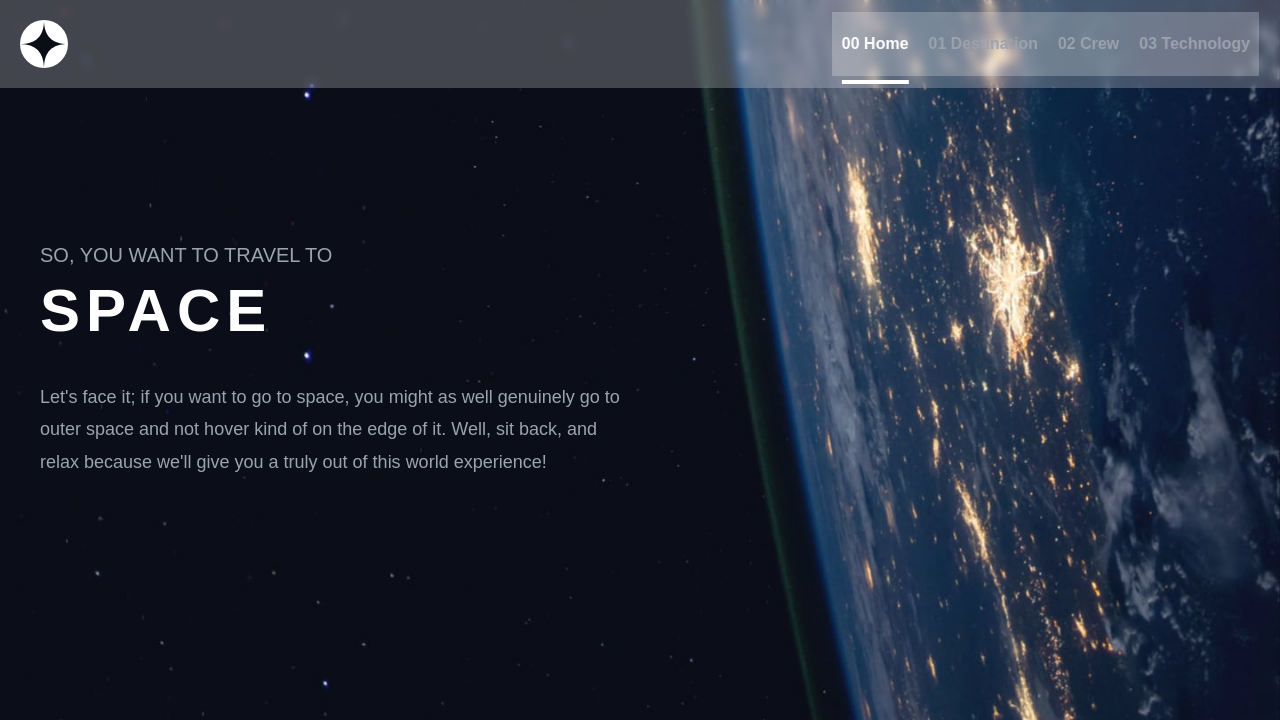
Repository: OmniaRafat232111121/Space-Toursim
Page: /
An editor plug-in stored every save of this project. The page is shown before and after a run of saves, followed by the edit.
The browser window is 1280 px wide. The pictures show the whole page.
Some web fonts or font styles are not loaded; a fallback is used. The project was rebuilt for these pictures with package versions that can differ from the ones it lists, and the page was loaded fresh each time. Also part of the build but not shown: src/components/Destination.js, src/components/Crew.js, src/components/Technology.js, src/components/Error.js.

Above is the page before, as saved 2022-08-09 15:42:04.

### public/index.html
<!DOCTYPE html>
<html lang="en">
  <head>
    <meta charset="utf-8" />
    <link rel="icon" href="%PUBLIC_URL%/favicon-32x32.png" />
    <meta name="viewport" content="width=device-width, initial-scale=1" />
    <meta name="theme-color" content="#111827" />
    <meta name="description" content="Space Toursim Multi Page Website" />
    <link rel="apple-touch-icon" href="%PUBLIC_URL%/logo192.png" />
    <!--
      manifest.json provides metadata used when your web app is installed on a
      user's mobile device or desktop. See https://developers.google.com/web/fundamentals/web-app-manifest/
    -->
    <link rel="manifest" href="%PUBLIC_URL%/manifest.json" />
    <!--
      Notice the use of %PUBLIC_URL% in the tags above.
      It will be replaced with the URL of the `public` folder during the build.
      Only files inside the `public` folder can be referenced from the HTML.

      Unlike "/favicon.ico" or "favicon.ico", "%PUBLIC_URL%/favicon.ico" will
      work correctly both with client-side routing and a non-root public URL.
      Learn how to configure a non-root public URL by running `npm run build`.
    -->
    <link
      rel="stylesheet"
      href="https://cdnjs.cloudflare.com/ajax/libs/tailwindcss/2.2.17/tailwind.min.css"
      referrerpolicy="no-referrer"
    />
    <link rel="preconnect" href="https://fonts.googleapis.com" />
    <link rel="preconnect" href="https://fonts.gstatic.com" crossorigin />
    <link
      href="https://fonts.googleapis.com/css2?family=Mohave:wght@400&family=Zen+Antique&display=swap"
      rel="stylesheet"
    />
    <title>Space Tourism Multi Page Website</title>
  </head>
  <body>
    <noscript>You need to enable JavaScript to run this app.</noscript>
    <div id="root"></div>
    <!--
      This HTML file is a template.
      If you open it directly in the browser, you will see an empty page.

      You can add webfonts, meta tags, or analytics to this file.
      The build step will place the bundled scripts into the <body> tag.

      To begin the development, run `npm start` or `yarn start`.
      To create a production bundle, use `npm run build` or `yarn build`.
    -->
  </body>
</html>

### src/index.css
body {
  margin: 0;
  font-family: "Mohave", sans-serif;
  -webkit-font-smoothing: antialiased;
  -moz-osx-font-smoothing: grayscale;
}

h1,
h2 {
  font-family: "Zen Antique", sans-serif;
}

a {
  text-decoration: none;
}

img {
  max-width: 100%;
}

button,
img {
  user-select: none;
  -moz-user-select: none;
}

p {
  line-height: 1.8;
}

.gray {
  color: #7e7e7e;
}

.white {
  color: #ffffff;
}

.header {
  position: absolute;
  width: 100%;
  background-color: rgba(255, 255, 255, 0.233);
  backdrop-filter: blur(5px);
  --webkit-backdrop-fiter: blur(5px);
}

.header nav {
  display: none;
}

 .header nav.open {
  display: block;
}

.header nav ul {
  display: flex;
  flex-direction: column;
  align-items: center;
  justify-content: center;
  background-color: #111827;
  backdrop-filter: blur(10px);
  --webkit-backdrop-filter: blur(10px);
  width: calc(100vw - 50px);
  position: absolute;
  left: 50%;
  top: 100px;
  transform: translateX(-50%);
  z-index: 999;
}

 .header nav ul li {
  margin: 10px 0;
}

.menu {
  display: block;
}
.home {
  background: url("./starter-code/assets/home/background-home-mobile.jpg")
    no-repeat center/cover;
  height: calc(100vh - 1px);
}

.home .overlay {
  display: flex;
  flex-direction: column;
  align-items: center;
  justify-content: center;
  height: calc(100vh - 1px);
}

.destinations {
  background: url("./starter-code/assets/destination/background-destination-mobile.jpg")
    no-repeat center/cover;
  height: auto;
}

.crew {
  background: url("./starter-code/assets/crew/background-crew-mobile.jpg")
    no-repeat center/cover;
  height: auto;
}

.technology {
  background: url("./starter-code/assets/technology/background-technology-mobile.jpg")
    no-repeat center/cover;
  height: auto;
}
@media (min-width: 768px) {
  .menu {
    display: none;
  }

  .header nav {
    display: block;
  }

  .header nav ul {
    flex-direction: row;
    background-color: transparent;
    backdrop-filter: blur(0);
    --webkit-backdrop-filter: blur(0);
    position: relative;
    top: 0;
    right: 0;
    width: auto;
  }

  .header nav ul li {
    margin: 0 10px;
  }
}



@media (min-width: 768px) {
  .home {
    background: url("./starter-code/assets/home/background-home-tablet.jpg")
      no-repeat center/cover;
    height: calc(100vh - 1px);
  }

  .home .overlay {
    flex-direction: row;
  }

  .destinations {
    background: url("./starter-code/assets/destination/background-destination-tablet.jpg")
      no-repeat center/cover;
  }

  .crew {
    background: url("./starter-code/assets/crew/background-crew-tablet.jpg")
      no-repeat center/cover;
  }

  .technology {
    background: url("./starter-code/assets/technology/background-technology-tablet.jpg")
      no-repeat center/cover;
  }

  @media (min-width: 1280px) {
    p {
      font-size: 18px;
    }

    .home {
      background: url("./starter-code/assets/home/background-home-desktop.jpg")
        no-repeat center/cover;
      height: 100vh;
    }

    .home .overlay {
      max-width: 1200px;
      margin: auto;
    }

    .destinations {
      background: url("./starter-code/assets/destination/background-destination-desktop.jpg")
        no-repeat center/cover;
    }

    .crew {
      background: url("./starter-code/assets/crew/background-crew-desktop.jpg")
        no-repeat center/cover;
    }

    .technology {
      background: url("./starter-code/assets/technology/background-technology-desktop.jpg")
        no-repeat center/cover;
    }
  }
}

### src/App.js
import { BrowserRouter as Router, Route, Switch } from "react-router-dom"
import {
  Header,
  Home,
  Destination,
  Crew,
  Technology,
  Error,
} from "./components"

function App() {
  return (
    <Router>
      <main>
        <Header />

        <Switch>
          <Route path="/" exact>
            <Home />
          </Route>
          <Route path="/destination">
            <Destination />
          </Route>
          <Route path="/crew">
            <Crew />
          </Route>
          <Route path="/technology">
            <Technology />
          </Route>
          <Route path="*">
            <Error />
          </Route>
        </Switch>
      </main>
    </Router>
  )
}

export default App

### src/components/index.js
import Header from "./Header"
import Home from "./Home"
import Destination from "./Destination"
import Crew from "./Crew"
import Technology from "./Technology"
import Error from "./Error"

export { Header, Home, Destination, Crew, Technology, Error }

### src/components/Header.js
import React from 'react'
import { NavLink } from "react-router-dom"
import { FiMenu } from "react-icons/fi"
import logo from "../starter-code/assets/shared/logo.svg"

export default function Header() {
  const handleClick = () => {
    const navbar = document.getElementById("navbar")

    navbar.classList.toggle("open")
  }

  return (
    <>
      <header className="header px-5 flex items-center justify-between">
        <div className="py-5">
          <NavLink to="/">
            <img src={logo} alt="space" title="Travel to Space" />
          </NavLink>
        </div>

        {/* {isOpen && ( */}
        <nav id="navbar">
          <ul className="flex items-center">
            <li className="mx-2 py-5 text-gray-400 font-semibold">
              <NavLink
                to="/"
                exact
                activeClassName="text-white border-b-4 border-white pb-7"
              >
                <span>00</span> Home
              </NavLink>
            </li>
            <li className="mx-2 py-5 text-gray-400 font-semibold">
              <NavLink
                to="/destination"
                exact
                activeClassName="text-white border-b-4 border-white pb-7"
              >
                <span>01</span> Destination
              </NavLink>
            </li>
            <li className="mx-2 py-5 text-gray-400 font-semibold">
              <NavLink
                to="/crew"
                exact
                activeClassName="text-white border-b-4 border-white pb-7"
              >
                <span>02</span> Crew
              </NavLink>
            </li>
            <li className="mx-2 py-5 text-gray-400 font-semibold">
              <NavLink
                to="/technology"
                exact
                activeClassName="text-white border-b-4 border-white pb-7"
              >
                <span>03</span> Technology
              </NavLink>
            </li>
          </ul>
        </nav>
        {/* )} */}

        <div className="menu">
          <button id="menu" onClick={handleClick}>
            <FiMenu className="text-white text-4xl" />
          </button>
        </div>
      </header>
    </>
  )
}

### src/components/Home.js
export default function Home() {
  return (
    <>
      <section className="home">
      <div className="overlay">
      <article className="text-center md:text-left">
      <h1 className="text-gray-400 text-xl uppercase">
              So, you want to travel to{" "}
              <span className="block font-semibold tracking-widest text-4xl text-white md:text-5xl lg:text-6xl 2xl:text-7xl mb-10 mt-3">
                space
              </span>
            </h1>

            <p className="text-gray-400 md:w-11/12 lg:w-1/2">
              Let's face it; if you want to go to space, you might as well
              genuinely go to outer space and not hover kind of on the edge of
              it. Well, sit back, and relax because we'll give you a truly out
              of this world experience!
            </p>
      </article>
      </div>

      </section>
    </>
  )
}

Loaded but not shown: src/index.js (common file); src/reportWebVitals.js (common file)

After the next 2 saves:
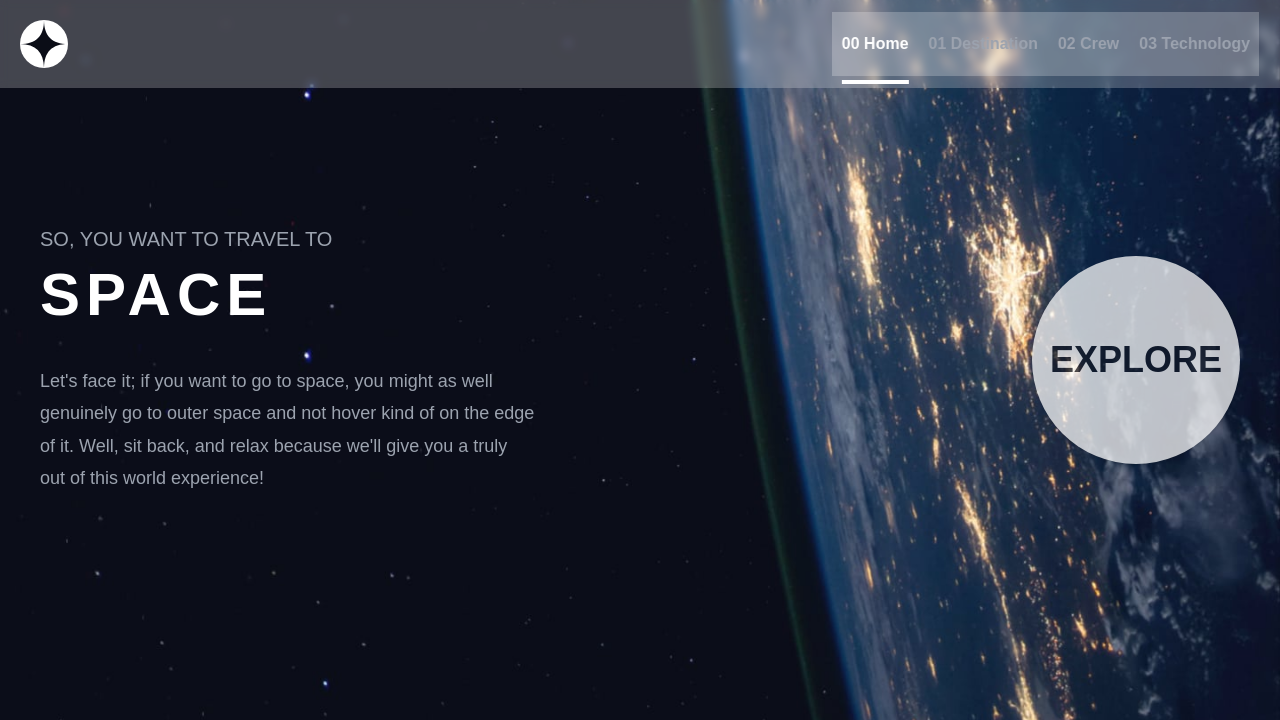
The 2 saves are shown as one change because they came seconds apart.
The last was saved 14 s later.
--- a/src/components/Home.js
+++ b/src/components/Home.js
@@ -18,6 +18,11 @@ export default function Home() {
               of this world experience!
             </p>
       </article>
+      <article>
+      <button className="bg-white text-gray-900 font-bold uppercase text-2xl w-40 h-40 rounded-full shadow xl:h-52 xl:w-52 xl:text-4xl animate-pulse mt-10 md:mt-0">
+        Explore
+      </button>
+    </article>
       </div>
 
       </section>
